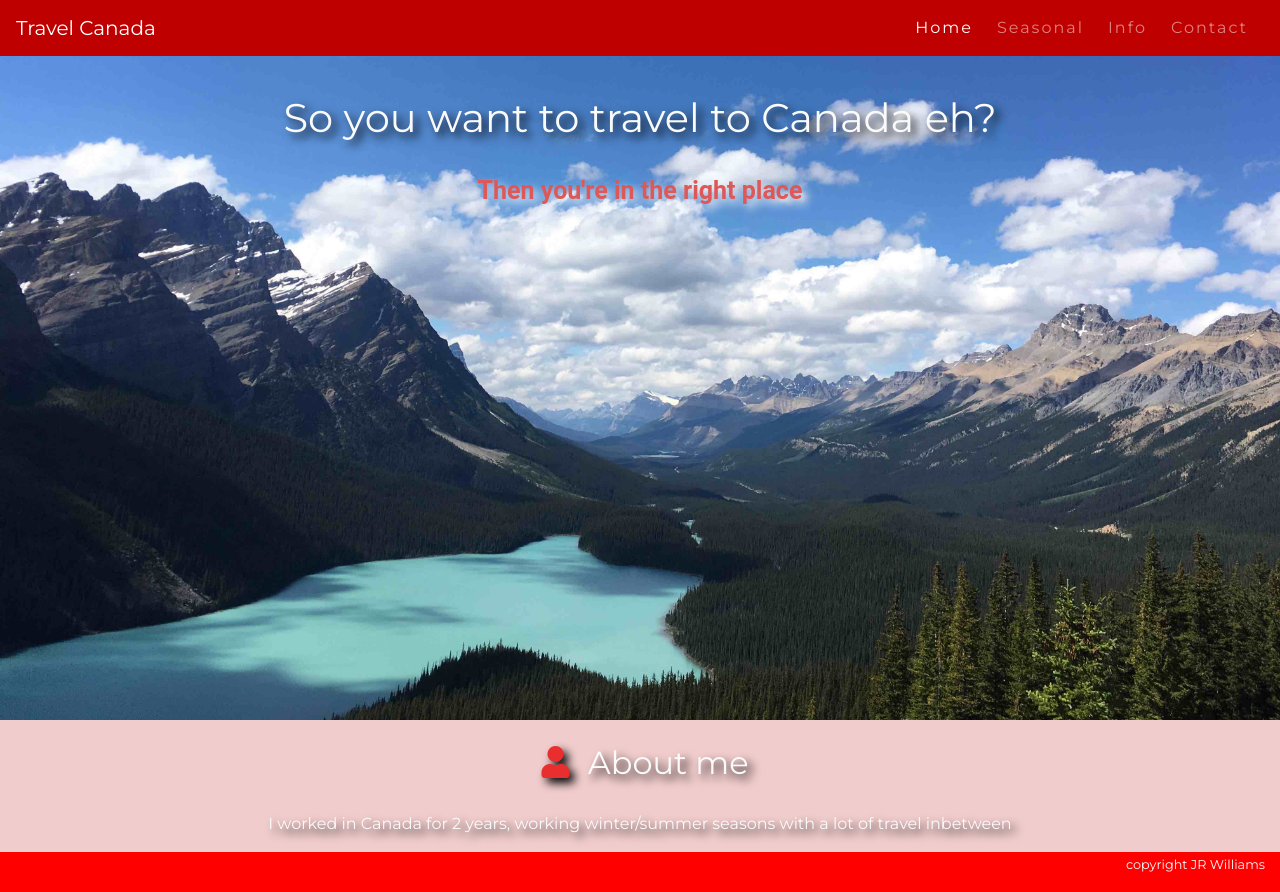
Repository: JonWil91/Travel-Canada
Page: index.html
The author's editor kept a record of every edit. The page is drawn from the files as they stood at one moment, then again after the next edit.
The browser window is 1280 px wide. The pictures show the whole page.
Backgrounds fixed to the window are drawn as part of the page. Some web libraries are served in a nearby version.

Above is the page before.

After the next edit:
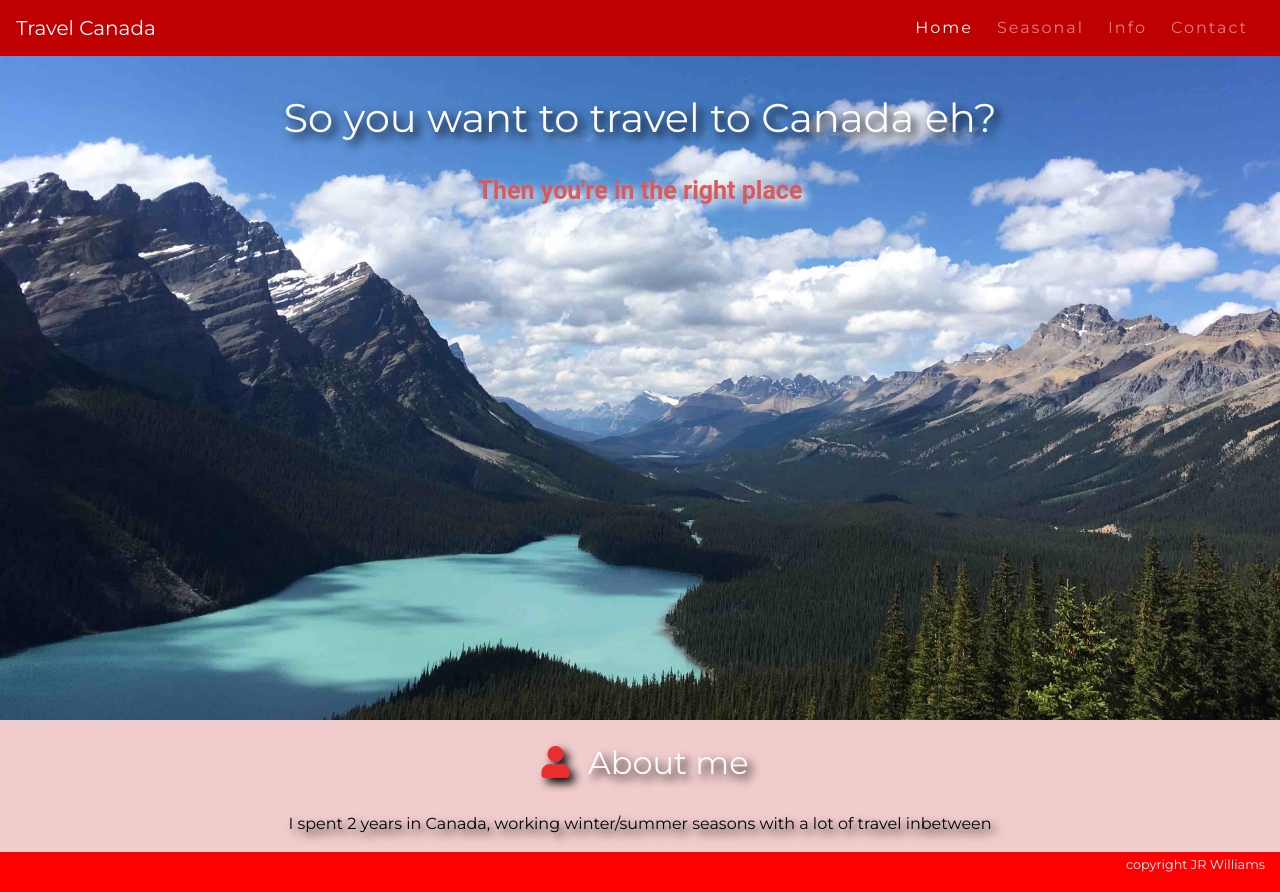
The edit:
--- a/index.html
+++ b/index.html
@@ -60,8 +60,8 @@
             <div class="row">
                 <div class="col-12">
                     <h2><i class="fas fa-user icon my-3"></i> About me</h2>
-                    <p>
-                        I worked in Canada for 2 years, working winter/summer seasons with a lot of travel inbetween
+                    <p class="about-me-text">
+                        I spent 2 years in Canada, working winter/summer seasons with a lot of travel inbetween
                     </p>
                 </div>
             </div>
